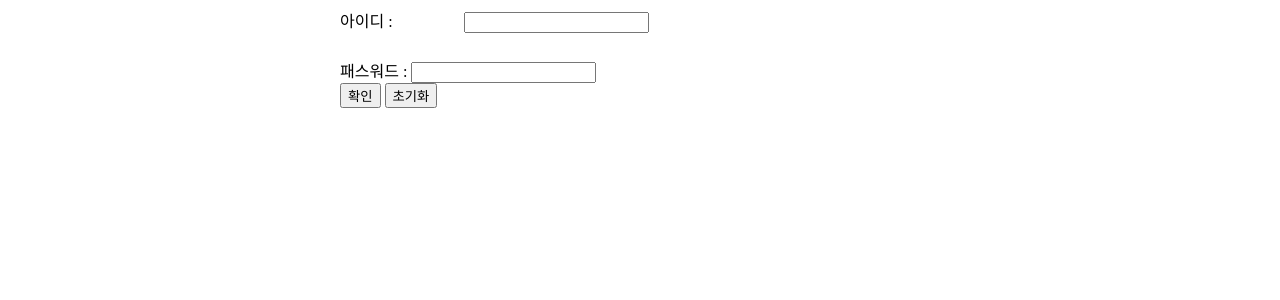
Repository: song-tata/jsp_servlet
Page: chap06/webContants/login.html
These files come from the project's save history. The page is drawn as it stood at one moment and after the next save; the edit follows.
The browser window is 1280 px wide. The pictures show the whole page.

Above is the page before, as saved 2023-05-17 06:32:24.

After the next save:
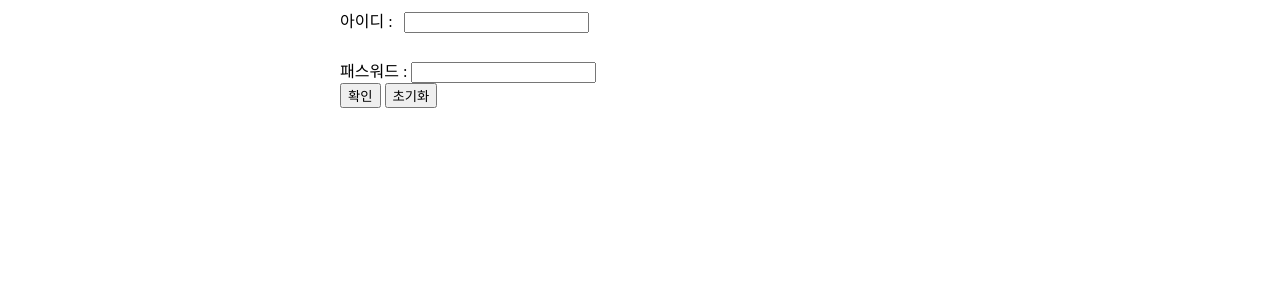
Saved 7 s later.
--- a/chap06/webContants/login.html
+++ b/chap06/webContants/login.html
@@ -17,7 +17,7 @@
 }
 .idwrap>label{
 	display: inline-block;
-	width: 20%
+	width: 10%
 }
 </style>
 </head>
